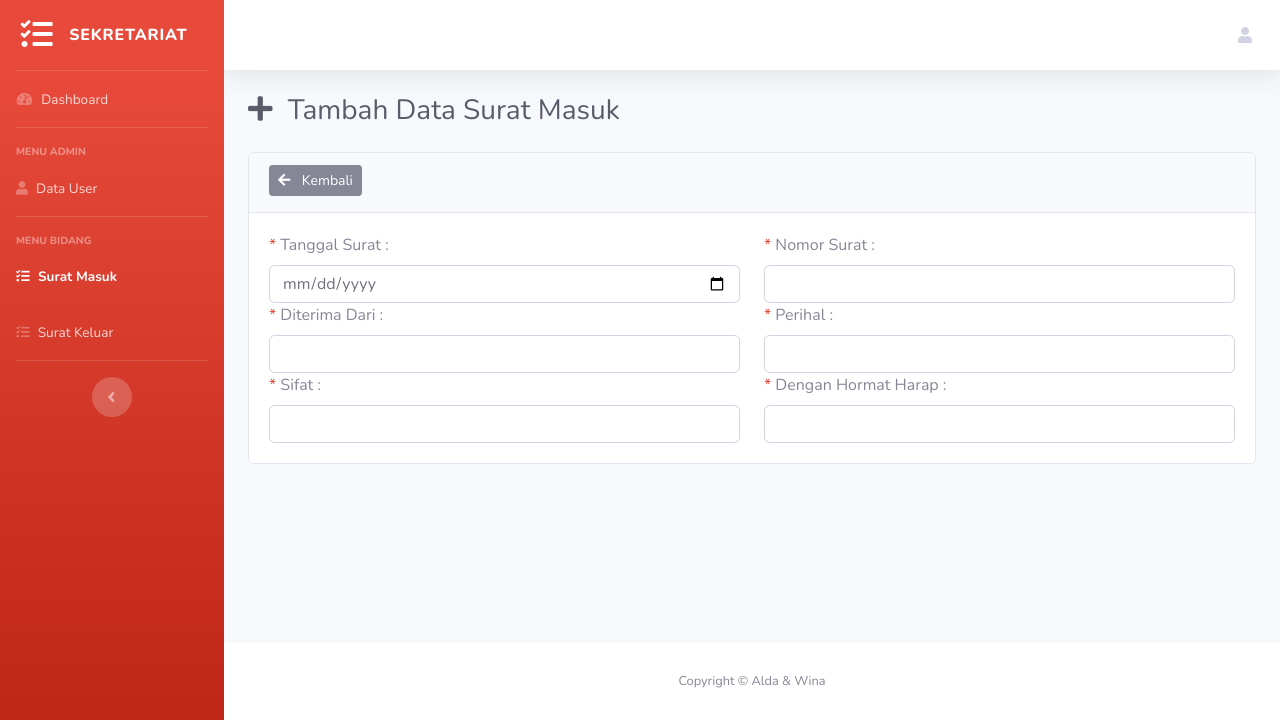
Repository: aldasamrotulfuadah/projek-PKL
Page: http://localhost/suratmasuk/create
An editor plug-in stored every save of this project. The page is shown before and after a run of saves, followed by the edit.
The browser window is 1280 px wide. The pictures show the whole page.
The page is served by the project's Laravel application, run on PHP 8.4 with Laravel 12. A made-up administrator, Test User (test@example.com), is signed in. Other server files are loaded and not shown.

Above is the page before, as saved 2026-03-12 11:07:56.

### routes/web.php
<?php

use App\Http\Controllers\AuthController;
use App\Http\Controllers\DashboardController;
use App\Http\Controllers\SuratKeluarController;
use App\Http\Controllers\SuratMasukController;
use App\Http\Controllers\UserController;
use Illuminate\Support\Facades\Route;




Route::get('/', function () {
    return view('welcome');
})->name('welcome');

// Login
Route::get('/login', [AuthController::class, 'login'])->name('login');
Route::post('/login', [AuthController::class, 'loginProses'])->name('loginProses');

//user
Route::get('/user', [UserController::class, 'user'])->name('user');
Route::get('/user/create', [UserController::class, 'create'])->name('userCreate');
Route::post('/user/store', [UserController::class, 'store'])->name('userStore');
Route::get('/user/edit/{id}', [UserController::class, 'edit'])->name('userEdit');
Route::post('/user/update/{id}', [UserController::class, 'update'])->name('userUpdate');
Route::delete('/user/destroy/{id}', [UserController::class, 'destroy'])->name('userDestroy');

// Logout
Route::get('/logout', [AuthController::class, 'logout'])->name('logout');

Route::middleware('checkLogin')->group(function(){
    // Dashboard
    Route::get('/dashboard', [DashboardController::class, 'index'])->name('dashboard');
    // Surat Masuk
    Route::get('/suratmasuk', [SuratMasukController::class, 'index'])->name('suratmasuk');
    Route::get('/suratmasuk/create', [SuratMasukController::class, 'create'])->name('suratmasukCreate');


    // Surat Keluar
    Route::get('/suratkeluar', [SuratKeluarController::class, 'index'])->name('suratkeluar');

});

### app/Models/User.php
<?php

namespace App\Models;

// use Illuminate\Contracts\Auth\MustVerifyEmail;
use Illuminate\Database\Eloquent\Factories\HasFactory;
use Illuminate\Foundation\Auth\User as Authenticatable;
use Illuminate\Notifications\Notifiable;

class User extends Authenticatable
{
    use HasFactory, Notifiable;

    /**
     * The attributes that are mass assignable.
     *
     * @var array<int, string>
     */
    protected $fillable = [
        'nama',
        'email',
        'Jabatan',
        'is_tugas',
        'password',
    ];

    /**
     * The attributes that should be hidden for serialization.
     *
     * @var array<int, string>
     */
    protected $hidden = [
        'password',
        'remember_token',
    ];

    /**
     * Get the attributes that should be cast.
     *
     * @return array<string, string>
     */
    protected function casts(): array
    {
        return [
            'email_verified_at' => 'datetime',
            'password' => 'hashed',
        ];
    }
}

### app/Http/Controllers/SuratMasukController.php
<?php

namespace App\Http\Controllers;

use App\Models\SuratMasuk;
use Illuminate\Http\Request;

class SuratMasukController extends Controller
{
    public function index(){
        $data = array(
            'title'   => 'Data Surat Masuk',
            'menuSuratMasuk'   => 'active',
            'suratmasuk'   => suratmasuk::get(),
        );
        return view('suratm/suratmasuk',$data);
    }

    public function create(){
        $data = array(
            'title'   => 'Tambah Data Surat Masuk',
            'menuSuratMasuk'   => 'active',
        );
        return view('suratm/create',$data);
    }

}

### resources/views/suratm/create.blade.php
@extends('layouts/app')

@section('content')

    <h1 class="h3 mb-4 text-gray-800">
        <i class="fas fa-plus mr-2"></i>
       {{ $title }}
    </h1>


    <div class="card">
        <div class="card-header d-flex flex-wrap justify-content-center justify-content-xl-between">
            <div class="mb-1 mr-2">
                <a href="{{ route('suratmasuk') }}" class="btn btn-sm btn-secondary">
                    <i class="fas fa-arrow-left mr-2"></i>
                Kembali
                </a>
            </div>
        </div>
        <div class="card-body">
            <div class="row">
                <div class="col-6">
                    <label class="form-label">
                        <span class="text-danger">*</span>
                        Tanggal Surat :
                    </label>
                    <input type="date" name="tanggal" class="form-control">
                </div>
                <div class="col-6">
                    <label class="form-label">
                        <span class="text-danger">*</span>
                        Nomor Surat :
                    </label>
                    <input type="text" name="nomor" class="form-control">
                </div>
            </div>
            <div class="row">
                <div class="col-6">
                    <label class="form-label">
                        <span class="text-danger">*</span>
                        Diterima Dari :
                    </label>
                    <input type="text" name="diterima_dari" class="form-control">
                </div>
                <div class="col-6">
                    <label class="form-label">
                        <span class="text-danger">*</span>
                        Perihal :
                    </label>
                    <input type="text" name="perihal" class="form-control">
                </div>
            </div>
            <div class="row">
                <div class="col-6">
                    <label class="form-label">
                        <span class="text-danger">*</span>
                        Sifat :
                    </label>
                    <input type="text" name="diterima_dari" class="form-control">
                </div>
                <div class="col-6">
                    <label class="form-label">
                        <span class="text-danger">*</span>
                        Dengan Hormat Harap :
                    </label>
                    <input type="text" name="perihal" class="form-control">
                </div>
            </div>
        </div>
    </div>



@endsection

### resources/views/layouts/app.blade.php
@include('layouts/header')

<body id="page-top">

    <!-- Page Wrapper -->
    <div id="wrapper">

@include('layouts/sidebar')

        <!-- Content Wrapper -->
        <div id="content-wrapper" class="d-flex flex-column">

            <!-- Main Content -->
            <div id="content">

                <!-- Topbar -->
                <nav class="navbar navbar-expand navbar-light bg-white topbar mb-4 static-top shadow">

                    <!-- Sidebar Toggle (Topbar) -->
                    <button id="sidebarToggleTop" class="btn btn-link d-md-none rounded-circle mr-3">
                        <i class="fa fa-bars"></i>
                    </button>

                    <!-- Topbar Navbar -->
                    <ul class="navbar-nav ml-auto">

                        <!-- Nav Item - User Information -->
                        <li class="nav-item dropdown no-arrow">
                            <a class="nav-link dropdown-toggle" href="#" id="userDropdown" role="button"
                                data-toggle="dropdown" aria-haspopup="true" aria-expanded="false">
                                <span class="mr-2 d-none d-lg-inline text-gray-600 small">
                                    {{ auth()->user()->nama }}
                                </span>
                                <i class="fas fa-user"></i>
                            </a>
                            <!-- Dropdown - User Information -->
                            <div class="dropdown-menu dropdown-menu-right shadow animated--grow-in"
                                aria-labelledby="userDropdown">
                                <a class="dropdown-item" href="#">
                                    <div class="badge badge-secondary justify-content-center d-flex">
                                         {{ auth()->user()->Jabatan }}
                                    </div>
                                </a>
                                <a class="dropdown-item" href="#">
                                    <i class="fas fa-cogs fa-sm fa-fw mr-2 text-gray-400"></i>
                                    Pengaturan
                                </a>
                                <div class="dropdown-divider"></div>
                                <a class="dropdown-item" href="{{ route('logout') }}">
                                    <i class="fas fa-sign-out-alt fa-sm fa-fw mr-2 text-gray-400"></i>
                                    Logout
                                </a>
                            </div>
                        </li>

                    </ul>

                </nav>
                <!-- End of Topbar -->

                <!-- Begin Page Content -->
                <div class="container-fluid">

                    @yield('content')

                </div>
                <!-- /.container-fluid -->

            </div>
            <!-- End of Main Content -->

            <!-- Footer -->
            <footer class="sticky-footer bg-white">
                <div class="container my-auto">
                    <div class="copyright text-center my-auto">
                        <span>Copyright &copy; Alda & Wina</span>
                    </div>
                </div>
            </footer>
            <!-- End of Footer -->

        </div>
        <!-- End of Content Wrapper -->

    </div>
    <!-- End of Page Wrapper -->

    <!-- Scroll to Top Button-->
    <a class="scroll-to-top rounded" href="#page-top">
        <i class="fas fa-angle-up"></i>
    </a>

    <!-- Logout Modal-->
    <div class="modal fade" id="logoutModal" tabindex="-1" role="dialog" aria-labelledby="exampleModalLabel"
        aria-hidden="true">
        <div class="modal-dialog" role="document">
            <div class="modal-content">
                <div class="modal-header">
                    <h5 class="modal-title" id="exampleModalLabel">Ready to Leave?</h5>
                    <button class="close" type="button" data-dismiss="modal" aria-label="Close">
                        <span aria-hidden="true">×</span>
                    </button>
                </div>
                <div class="modal-body">Select "Logout" below if you are ready to end your current session.</div>
                <div class="modal-footer">
                    <button class="btn btn-secondary" type="button" data-dismiss="modal">Cancel</button>
                    <a class="btn btn-primary" href="login.html">Logout</a>
                </div>
            </div>
        </div>
    </div>

@include('layouts/footer')

### resources/views/layouts/header.blade.php
<!DOCTYPE html>
<html lang="en">

<head>

    <meta charset="utf-8">
    <meta http-equiv="X-UA-Compatible" content="IE=edge">
    <meta name="viewport" content="width=device-width, initial-scale=1, shrink-to-fit=no">
    <meta name="description" content="">
    <meta name="author" content="">

    <title>Masuk.in | Dashboard {{ $title }}</title>

    <!-- Custom fonts for this template-->
    <link href="{{ asset('sbadmin2/vendor/fontawesome-free/css/all.min.css') }}" rel="stylesheet" type="text/css">
    <link href="https://fonts.googleapis.com/css?family=Nunito:200,200i,300,300i,400,400i,600,600i,700,700i,800,800i,900,900i"
        rel="stylesheet">

    <!-- Custom styles for this template-->
    <link href="{{ asset('sbadmin2/css/sb-admin-2.min.css') }}" rel="stylesheet">
     <link href="{{ asset('sbadmin2/vendor/datatables/dataTables.bootstrap4.min.css') }}" rel="stylesheet">

</head>

### resources/views/layouts/sidebar.blade.php
        <!-- Sidebar -->
        <ul class="navbar-nav bg-gradient-danger sidebar sidebar-dark accordion" id="accordionSidebar">

            <!-- Sidebar - Brand -->
            <a class="sidebar-brand d-flex align-items-center justify-content-center" href="index.html">
                <div class="sidebar-brand-icon">
                    <i class="fas fa-tasks"></i>
                </div>
                <div class="sidebar-brand-text mx-3">Sekretariat</div>
            </a>

            <!-- Divider -->
            <hr class="sidebar-divider my-0">

            <!-- Nav Item - Dashboard -->
            <li class="nav-item {{ $menuDashboard ?? '' }}">
                <a class="nav-link" href="{{ route('dashboard') }}">
                    <i class="fas fa-fw fa-tachometer-alt"></i>
                    <span>Dashboard</span></a>
            </li>

            <!-- Divider -->
            <hr class="sidebar-divider">

            <!-- Heading -->
            <div class="sidebar-heading">
                Menu Admin
            </div>

            <!-- Nav Item - Charts -->
            <li class="nav-item {{ $menuAdminUser ?? '' }}">
                <a class="nav-link" href="{{ route('user') }}">
                    <i class="fas fa-user"></i>
                    <span>Data User</span></a>

                    <!-- Divider -->
                    <hr class="sidebar-divider">

                <div class="sidebar-heading">
                    Menu Bidang
                </div>
                <!-- Nav Item - Charts -->
                <li class="nav-item {{ $menuSuratMasuk ?? '' }}">
                    <a class="nav-link" href="{{ route('suratmasuk') }}">
                        <i class="fas fa-tasks"></i>
                        <span>Surat Masuk</span></a>
                </li>

                <!-- Nav Item - Tables -->
                <li class="nav-item {{ $menuSuratKeluar ?? '' }}">
                    <a class="nav-link" href="{{ route('suratkeluar') }}">
                        <i class="fas fa-tasks"></i>
                        <span>Surat Keluar</span></a>
                </li>

                <!-- Divider -->
                <hr class="sidebar-divider d-none d-md-block">

                <!-- Sidebar Toggler (Sidebar) -->
                <div class="text-center d-none d-md-inline">
                    <button class="rounded-circle border-0" id="sidebarToggle"></button>
                </div>
            </ul>
        <!-- End of Sidebar -->

### resources/views/layouts/footer.blade.php
<script src="{{ asset('sbadmin2/vendor/jquery/jquery.min.js') }}"></script>
    <script src="{{ asset('sbadmin2/vendor/bootstrap/js/bootstrap.bundle.min.js') }}"></script>
    <script src="{{ asset('sbadmin2/vendor/jquery-easing/jquery.easing.min.js') }}"></script>
    <script src="{{ asset('sbadmin2/js/sb-admin-2.min.js') }}"></script>

    <script src="{{ asset('sbadmin2/vendor/datatables/jquery.dataTables.min.js') }}"></script>
    <script src="{{ asset('sbadmin2/vendor/datatables/dataTables.bootstrap4.min.js') }}"></script>
    <script src="{{ asset('sbadmin2/js/demo/datatables-demo.js') }}"></script>
    <script src="{{ asset('sweetalert2/dist/sweetalert2.all.min.js') }}"></script>

     @session('success')
        <script>
        Swal.fire({
            title: "Sukses",
            text: "{{ session('success') }}",
            icon: "success"
        });
    </script>
    @endsession

    @session('error')
        <script>
        Swal.fire({
            title: "Gagal",
            text: "{{ session('error') }}",
            icon: "gagal"
        });
    </script>
    @endsession


</body>

</html>

Loaded but not shown: app/Http/Controllers/Controller.php (common file); public/sbadmin2/css/sb-admin-2.min.css (library); public/sbadmin2/js/sb-admin-2.min.js (common file); public/sbadmin2/js/demo/datatables-demo.js (common file); public/sweetalert2/dist/sweetalert2.all.min.js (library)

After the next 2 saves:
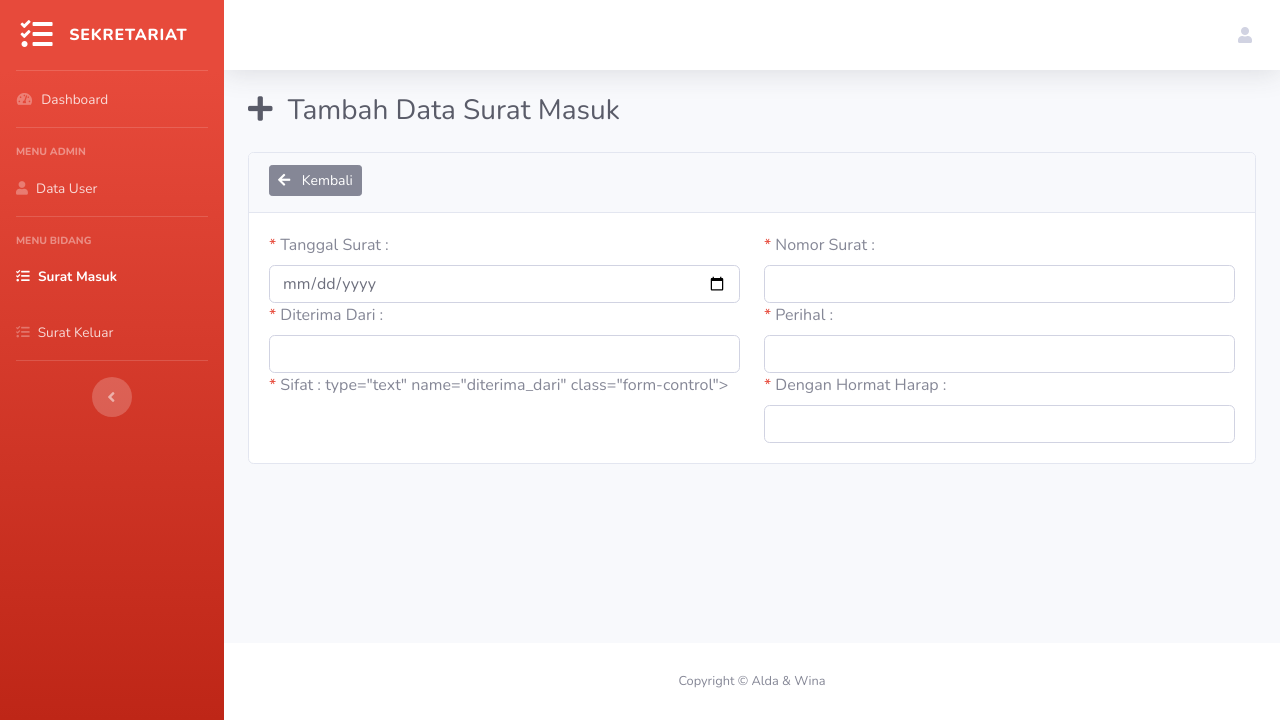
The 2 saves are shown as one change because they came seconds apart.
The last was saved 37 s later.
--- a/resources/views/suratm/create.blade.php
+++ b/resources/views/suratm/create.blade.php
@@ -56,7 +56,7 @@
                         <span class="text-danger">*</span>
                         Sifat :
                     </label>
-                    <input type="text" name="diterima_dari" class="form-control">
+                     type="text" name="diterima_dari" class="form-control">
                 </div>
                 <div class="col-6">
                     <label class="form-label">

After the save that followed:
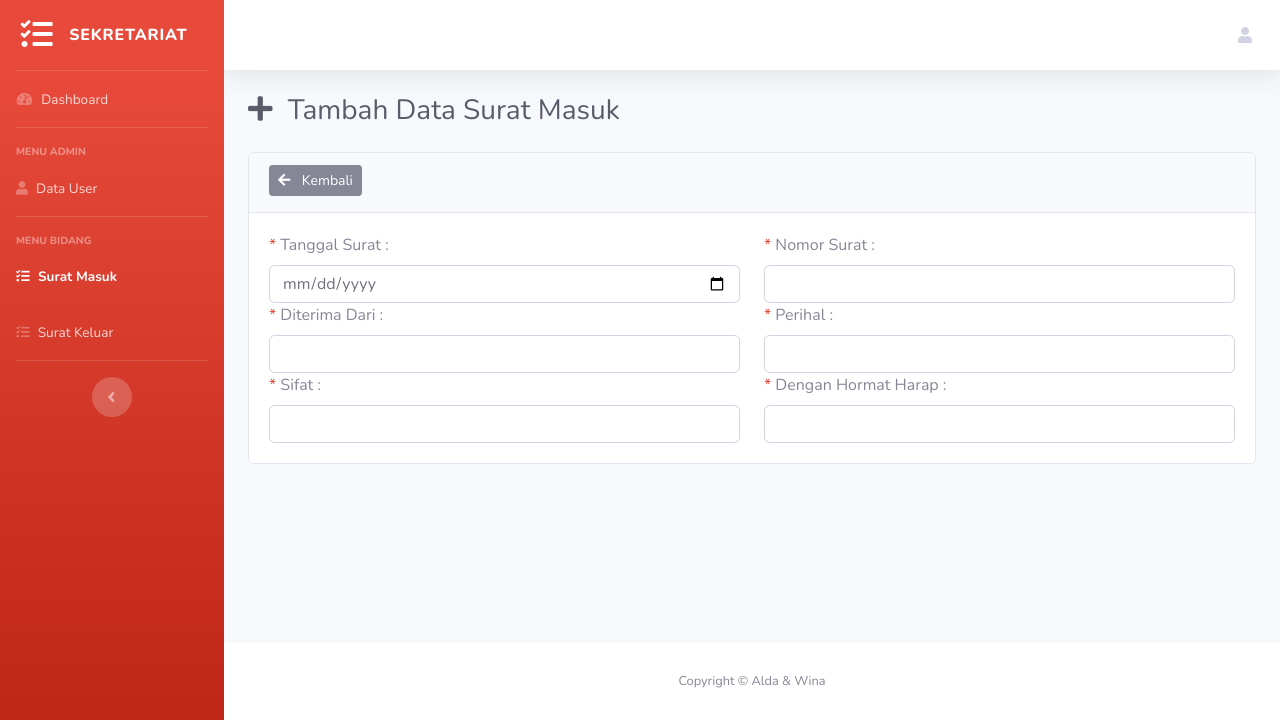
Saved 4 s later.
--- a/resources/views/suratm/create.blade.php
+++ b/resources/views/suratm/create.blade.php
@@ -56,7 +56,7 @@
                         <span class="text-danger">*</span>
                         Sifat :
                     </label>
-                     type="text" name="diterima_dari" class="form-control">
+                    <input type="text" name="diterima_dari" class="form-control">
                 </div>
                 <div class="col-6">
                     <label class="form-label">
